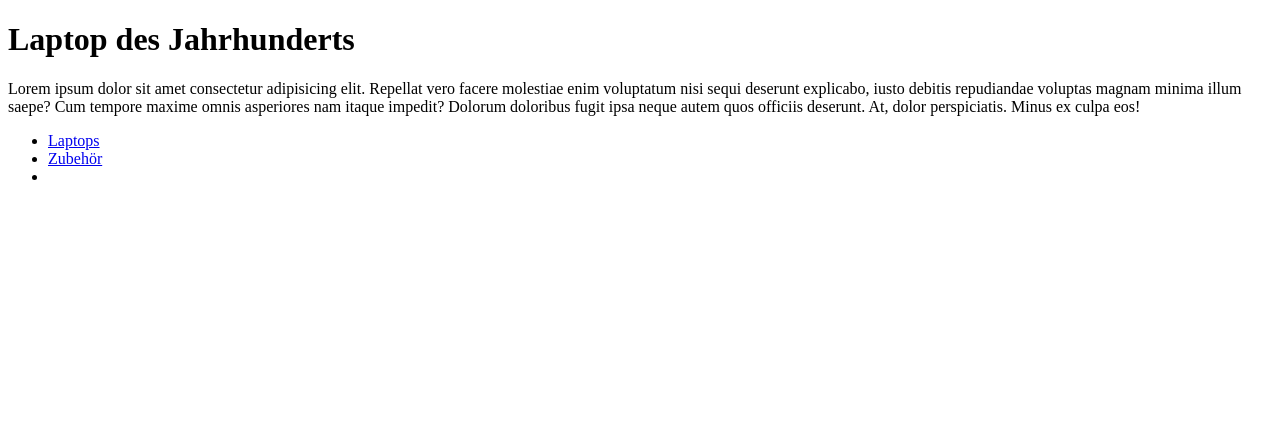
Repository: m0lt/modul_1
Page: 20250708_css_Class_ID/index.html
The author's editor kept a copy of each file at every save. The page is drawn from the files as they stood at one save, then again after the next save.
The browser window is 1280 px wide. The pictures show the whole page.

Above is the page before, as saved 2025-07-07 09:24:52.

After the next save:
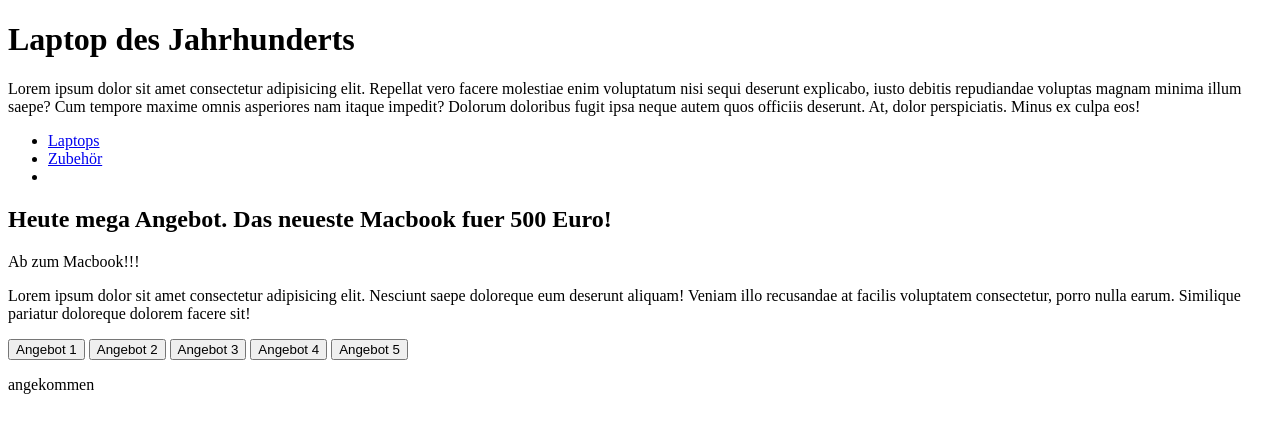
Saved 10 min 47 s later.
--- a/20250708_css_Class_ID/index.html
+++ b/20250708_css_Class_ID/index.html
@@ -17,5 +17,29 @@
         </ul>
     </header>
 
+
+    <section id="specialAngebote">
+        <h2 class="pseudoElementErzeugen">Heute mega Angebot. Das neueste Macbook fuer 500 Euro! </h2>
+            <p>Ab zum Macbook!!! </p>
+    </section>
+    <section id="backgroundImg">
+        <p>
+        Lorem ipsum dolor sit amet consectetur adipisicing elit. Nesciunt saepe doloreque eum deserunt aliquam! Veniam illo recusandae at facilis voluptatem consectetur, porro nulla earum. Similique pariatur doloreque dolorem facere sit!
+        </p>
+    </section>
+
+    <article class="btns">
+        <button>Angebot 1</button>
+        <button>Angebot 2</button>
+        <button>Angebot 3</button>
+        <button>Angebot 4</button>
+        <button>Angebot 5</button>
+    </article>
+    <footer id="zumFooter">
+        <p>angekommen</p>
+    </footer>
+</body>
+
+
 </body>
 </html>
